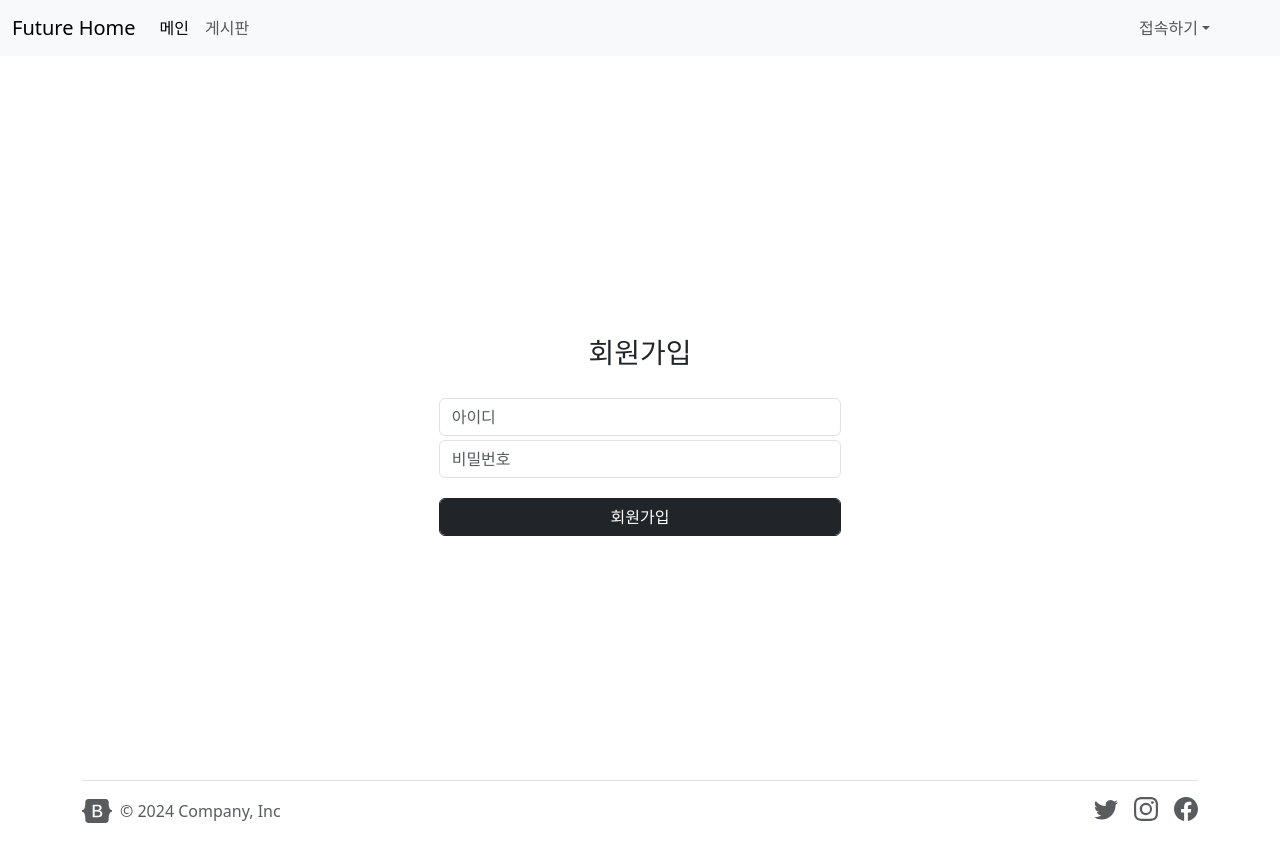
Repository: Mingkiiiii/JSP
Page: http://localhost/bbs/join.jsp
An editor plug-in stored every save of this project. The page is shown before and after the next save, followed by the edit.
The browser window is 1280 px wide. The pictures show the whole page.
The page is served by Tomcat 9. Other server files are loaded and not shown.

Above is the page before, as saved 2024-02-27 01:58:40.

### bbs/src/main/webapp/join.jsp
<%@ page language="java" contentType="text/html; charset=UTF-8"
    pageEncoding="UTF-8"%>
<!DOCTYPE html>
<html>
<head>
<meta charset="UTF-8">
<title>회원가입</title>
</head>
<body>
	<jsp:include page="WEB-INF/inc/top.jsp"></jsp:include>
	<div class="container-fluid">
      <div class="row align-items-center" style="height:700px">
        <div class="col-lg-4"></div>
        <div class="col-lg-4">
          <form action="#" method="post">
            <h3	style="text-align: center; padding-bottom: 5%; padding-top: 15%;">회원가입</h3>
            <div class="form-group">
              <input type="text" class="form-control" placeholder="아이디" 	name="" maxlength="20">
            </div>
            <div class="form-group pt-1" style="padding-bottom: 5%;">
              <input type="password" class="form-control" placeholder="비밀번호" name="" maxlength="20">
            </div>
            <input type="submit" class="btn btn-dark form-control" value="회원가입">
          </form>
        </div>
        <div class="col-lg-4">
        </div>
      </div>
    </div>
	<jsp:include page="WEB-INF/inc/footer.jsp"></jsp:include>
</body>
</html>

### bbs/src/main/webapp/WEB-INF/inc/top.jsp
<%@ page language="java" contentType="text/html; charset=UTF-8"
    pageEncoding="UTF-8"%>
<!DOCTYPE html>
<html>
<head>
<meta http-equiv="Content-Type" content="text/html; charset=UTF-8">
    <meta name="viewport" content="width=device-width, initial-scale=1.0">
    <script src="https://code.jquery.com/jquery-3.6.1.js"></script>
    <link href="https://cdn.jsdelivr.net/npm/bootstrap@5.3.1/dist/css/bootstrap.min.css" rel="stylesheet">
    <script src="https://cdn.jsdelivr.net/npm/bootstrap@5.3.1/dist/js/bootstrap.bundle.min.js"></script>
    <script src="https://cdnjs.cloudflare.com/ajax/libs/list.js/2.3.1/list.min.js"></script>
<title>Insert title here</title>
</head>
<%
	String userId = null;
	// 세션에 userId가 있을 경우
	if(session.getAttribute("userId") != null){
		userId =(String) session.getAttribute("userId");
	}
%>
<!-- nav 영역 -->
    <nav class="navbar navbar-expand-lg bg-body-tertiary">
        <div class="container-fluid">
            <a class="navbar-brand" href="index.jsp">Future Home</a>
            <button class="navbar-toggler" type="button" data-bs-toggle="collapse" data-bs-target="#navbarContent"
                aria-controls="navbarContent" aria-expanded="false" aria-label="Toggle naviation">
                <span class="navbar-toggler-icon"></span>
            </button>
            <div class="collapse navbar-collapse" id="navbarContent">
                <ul class="navbar-nav me-auto mb-2 mb-lg-0">
                    <li class="nav-item"><a class="nav-link active" aria-current="page" href="main.jsp">메인</a></li>
                    <li class="nav-item"><a class="nav-link" href="bbs.jsp">게시판</a>
                    </li>
                </ul>
                <% if(userId == null){ %>
                <ul class="nav navbar-nav navbar-right" style="margin-right:50px">
                    <li class="nav-item dropdown"><a class="nav-link dropdown-toggle" href="#" role="button"
                            data-bs-toggle="dropdown" aria-expanded="false"> 접속하기</a>
                        <ul class="dropdown-menu">
                            <li><a class="dropdown-item" href="login.jsp">로그인</a></li>
                            <li>
                                <hr class="dropdown-divider">
                            </li>
                            <li><a class="dropdown-item" href="join.jsp">회원가입</a></li>
                        </ul>
                    </li>
                </ul>
                <% }else{ %>
                 <ul class="nav navbar-nav navbar-right" style="margin-right:50px">
                 <li class="nav-item dropdown"><a class="nav-link dropdown-toggle" href="#" role="button"
                            data-bs-toggle="dropdown" aria-expanded="false"><%=userId %>님</a>
                        <ul class="dropdown-menu">
                            <li><a class="dropdown-item" href="mypage.jsp">마이페이지</a></li>
                            <li><a class="dropdown-item" href="LogoutAction.jsp">로그아웃</a></li>
                        </ul>
                    </li>
                </ul>
                <% } %>
            </div>
        </div>
    </nav>
    <!-- nav 영역 끝 -->
</html>

### bbs/src/main/webapp/WEB-INF/inc/footer.jsp
<%@ page language="java" contentType="text/html; charset=UTF-8"
    pageEncoding="UTF-8"%>
<!DOCTYPE html>
<html>
<head>
<meta charset="UTF-8">
<title>Insert title here</title>
<style>
      .bd-placeholder-img {
        font-size: 1.125rem;
        text-anchor: middle;
        -webkit-user-select: none;
        -moz-user-select: none;
        user-select: none;
      }

      @media (min-width: 768px) {
        .bd-placeholder-img-lg {
          font-size: 3.5rem;
        }
      }

      .b-example-divider {
        width: 100%;
        height: 3rem;
        background-color: rgba(0, 0, 0, .1);
        border: solid rgba(0, 0, 0, .15);
        border-width: 1px 0;
        box-shadow: inset 0 .5em 1.5em rgba(0, 0, 0, .1), inset 0 .125em .5em rgba(0, 0, 0, .15);
      }

      .b-example-vr {
        flex-shrink: 0;
        width: 1.5rem;
        height: 100vh;
      }

      .bi {
        vertical-align: -.125em;
        fill: currentColor;
      }

      .nav-scroller {
        position: relative;
        z-index: 2;
        height: 2.75rem;
        overflow-y: hidden;
      }

      .nav-scroller .nav {
        display: flex;
        flex-wrap: nowrap;
        padding-bottom: 1rem;
        margin-top: -1px;
        overflow-x: auto;
        text-align: center;
        white-space: nowrap;
        -webkit-overflow-scrolling: touch;
      }

      .btn-bd-primary {
        --bd-violet-bg: #712cf9;
        --bd-violet-rgb: 112.520718, 44.062154, 249.437846;

        --bs-btn-font-weight: 600;
        --bs-btn-color: var(--bs-white);
        --bs-btn-bg: var(--bd-violet-bg);
        --bs-btn-border-color: var(--bd-violet-bg);
        --bs-btn-hover-color: var(--bs-white);
        --bs-btn-hover-bg: #6528e0;
        --bs-btn-hover-border-color: #6528e0;
        --bs-btn-focus-shadow-rgb: var(--bd-violet-rgb);
        --bs-btn-active-color: var(--bs-btn-hover-color);
        --bs-btn-active-bg: #5a23c8;
        --bs-btn-active-border-color: #5a23c8;
      }
      .bd-mode-toggle {
        z-index: 1500;
      }
    </style>
</head>
<body>
	<!-- footer 영역 -->
    <svg xmlns="http://www.w3.org/2000/svg" class="d-none">
        <symbol id="bootstrap" viewBox="0 0 118 94">
          <title>Bootstrap</title>
          <path fill-rule="evenodd" clip-rule="evenodd" d="M24.509 0c-6.733 0-11.715 5.893-11.492 12.284.214 6.14-.064 14.092-2.066 20.577C8.943 39.365 5.547 43.485 0 44.014v5.972c5.547.529 8.943 4.649 10.951 11.153 2.002 6.485 2.28 14.437 2.066 20.577C12.794 88.106 17.776 94 24.51 94H93.5c6.733 0 11.714-5.893 11.491-12.284-.214-6.14.064-14.092 2.066-20.577 2.009-6.504 5.396-10.624 10.943-11.153v-5.972c-5.547-.529-8.934-4.649-10.943-11.153-2.002-6.484-2.28-14.437-2.066-20.577C105.214 5.894 100.233 0 93.5 0H24.508zM80 57.863C80 66.663 73.436 72 62.543 72H44a2 2 0 01-2-2V24a2 2 0 012-2h18.437c9.083 0 15.044 4.92 15.044 12.474 0 5.302-4.01 10.049-9.119 10.88v.277C75.317 46.394 80 51.21 80 57.863zM60.521 28.34H49.948v14.934h8.905c6.884 0 10.68-2.772 10.68-7.727 0-4.643-3.264-7.207-9.012-7.207zM49.948 49.2v16.458H60.91c7.167 0 10.964-2.876 10.964-8.281 0-5.406-3.903-8.178-11.425-8.178H49.948z"></path>
        </symbol>
        <symbol id="facebook" viewBox="0 0 16 16">
          <path d="M16 8.049c0-4.446-3.582-8.05-8-8.05C3.58 0-.002 3.603-.002 8.05c0 4.017 2.926 7.347 6.75 7.951v-5.625h-2.03V8.05H6.75V6.275c0-2.017 1.195-3.131 3.022-3.131.876 0 1.791.157 1.791.157v1.98h-1.009c-.993 0-1.303.621-1.303 1.258v1.51h2.218l-.354 2.326H9.25V16c3.824-.604 6.75-3.934 6.75-7.951z"/>
        </symbol>
        <symbol id="instagram" viewBox="0 0 16 16">
            <path d="M8 0C5.829 0 5.556.01 4.703.048 3.85.088 3.269.222 2.76.42a3.917 3.917 0 0 0-1.417.923A3.927 3.927 0 0 0 .42 2.76C.222 3.268.087 3.85.048 4.7.01 5.555 0 5.827 0 8.001c0 2.172.01 2.444.048 3.297.04.852.174 1.433.372 1.942.205.526.478.972.923 1.417.444.445.89.719 1.416.923.51.198 1.09.333 1.942.372C5.555 15.99 5.827 16 8 16s2.444-.01 3.298-.048c.851-.04 1.434-.174 1.943-.372a3.916 3.916 0 0 0 1.416-.923c.445-.445.718-.891.923-1.417.197-.509.332-1.09.372-1.942C15.99 10.445 16 10.173 16 8s-.01-2.445-.048-3.299c-.04-.851-.175-1.433-.372-1.941a3.926 3.926 0 0 0-.923-1.417A3.911 3.911 0 0 0 13.24.42c-.51-.198-1.092-.333-1.943-.372C10.443.01 10.172 0 7.998 0h.003zm-.717 1.442h.718c2.136 0 2.389.007 3.232.046.78.035 1.204.166 1.486.275.373.145.64.319.92.599.28.28.453.546.598.92.11.281.24.705.275 1.485.039.843.047 1.096.047 3.231s-.008 2.389-.047 3.232c-.035.78-.166 1.203-.275 1.485a2.47 2.47 0 0 1-.599.919c-.28.28-.546.453-.92.598-.28.11-.704.24-1.485.276-.843.038-1.096.047-3.232.047s-2.39-.009-3.233-.047c-.78-.036-1.203-.166-1.485-.276a2.478 2.478 0 0 1-.92-.598 2.48 2.48 0 0 1-.6-.92c-.109-.281-.24-.705-.275-1.485-.038-.843-.046-1.096-.046-3.233 0-2.136.008-2.388.046-3.231.036-.78.166-1.204.276-1.486.145-.373.319-.64.599-.92.28-.28.546-.453.92-.598.282-.11.705-.24 1.485-.276.738-.034 1.024-.044 2.515-.045v.002zm4.988 1.328a.96.96 0 1 0 0 1.92.96.96 0 0 0 0-1.92zm-4.27 1.122a4.109 4.109 0 1 0 0 8.217 4.109 4.109 0 0 0 0-8.217zm0 1.441a2.667 2.667 0 1 1 0 5.334 2.667 2.667 0 0 1 0-5.334z"/>
        </symbol>
        <symbol id="twitter" viewBox="0 0 16 16">
          <path d="M5.026 15c6.038 0 9.341-5.003 9.341-9.334 0-.14 0-.282-.006-.422A6.685 6.685 0 0 0 16 3.542a6.658 6.658 0 0 1-1.889.518 3.301 3.301 0 0 0 1.447-1.817 6.533 6.533 0 0 1-2.087.793A3.286 3.286 0 0 0 7.875 6.03a9.325 9.325 0 0 1-6.767-3.429 3.289 3.289 0 0 0 1.018 4.382A3.323 3.323 0 0 1 .64 6.575v.045a3.288 3.288 0 0 0 2.632 3.218 3.203 3.203 0 0 1-.865.115 3.23 3.23 0 0 1-.614-.057 3.283 3.283 0 0 0 3.067 2.277A6.588 6.588 0 0 1 .78 13.58a6.32 6.32 0 0 1-.78-.045A9.344 9.344 0 0 0 5.026 15z"/>
        </symbol>
    </svg>
    <div class="container">
        <footer class="d-flex flex-wrap justify-content-between align-items-center py-3 my-4 border-top">
          <div class="col-md-4 d-flex align-items-center">
            <a href="/" class="mb-3 me-2 mb-md-0 text-body-secondary text-decoration-none lh-1">
              <svg class="bi" width="30" height="24"><use xlink:href="#bootstrap"></use></svg>
            </a>
            <span class="mb-3 mb-md-0 text-body-secondary">© 2024 Company, Inc</span>
          </div>

          <ul class="nav col-md-4 justify-content-end list-unstyled d-flex">
            <li class="ms-3"><a class="text-body-secondary" href="#"><svg class="bi" width="24" height="24"><use xlink:href="#twitter"></use></svg></a></li>
            <li class="ms-3"><a class="text-body-secondary" href="#"><svg class="bi" width="24" height="24"><use xlink:href="#instagram"></use></svg></a></li>
            <li class="ms-3"><a class="text-body-secondary" href="#"><svg class="bi" width="24" height="24"><use xlink:href="#facebook"></use></svg></a></li>
          </ul>
        </footer>
    </div>
    <!-- footer 영역끝 -->
</body>
</html>

After the next save:
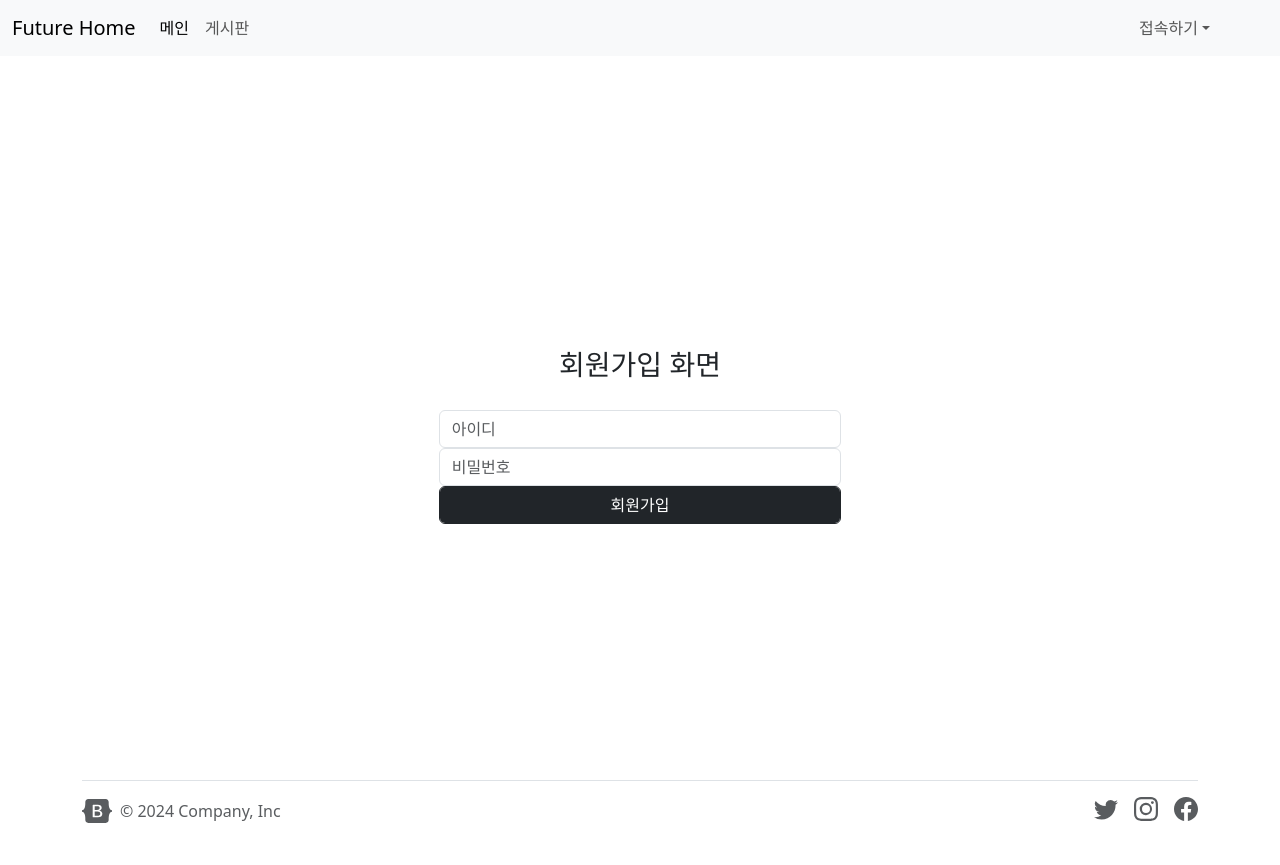
Saved 20 min 47 s later.
--- a/bbs/src/main/webapp/join.jsp
+++ b/bbs/src/main/webapp/join.jsp
@@ -12,13 +12,19 @@
       <div class="row align-items-center" style="height:700px">
         <div class="col-lg-4"></div>
         <div class="col-lg-4">
-          <form action="#" method="post">
-            <h3	style="text-align: center; padding-bottom: 5%; padding-top: 15%;">회원가입</h3>
+          <form action="joinAction.jsp" method="post" class="needs-validation" novalidate>
+            <h3	style="text-align: center; padding-bottom: 5%; padding-top: 15%;">회원가입 화면</h3>
             <div class="form-group">
-              <input type="text" class="form-control" placeholder="아이디" 	name="" maxlength="20">
+              <input type="text" class="form-control" placeholder="아이디" name="userId" maxlength="20" required>
+              <div class="invalid-feedback">
+              	아이디는 필수 입니다.
+              </div>
             </div>
-            <div class="form-group pt-1" style="padding-bottom: 5%;">
-              <input type="password" class="form-control" placeholder="비밀번호" name="" maxlength="20">
+            <div class="form-group">
+              <input type="password" class="form-control" placeholder="비밀번호" name="userPw" maxlength="20" required>
+              <div class="invalid-feedback">
+              	패스워드는 필수 입니다.
+              </div>
             </div>
             <input type="submit" class="btn btn-dark form-control" value="회원가입">
           </form>
@@ -27,6 +33,24 @@
         </div>
       </div>
     </div>
+    <script>
+    	$(document).ready(function() {
+    		const forms = document.querySelectorAll('.needs-validation')
+    		console.log(forms);
+    		 Array.from(forms).forEach(form => {
+    			    form.addEventListener('submit', event => {
+    			      if (!form.checkValidity()) {
+    			        event.preventDefault()
+    			        event.stopPropagation()
+    			      }
+
+    			      form.classList.add('was-validated')
+    			    }, false)
+
+    		});
+
+		});
+    </script>
 	<jsp:include page="WEB-INF/inc/footer.jsp"></jsp:include>
 </body>
 </html>
